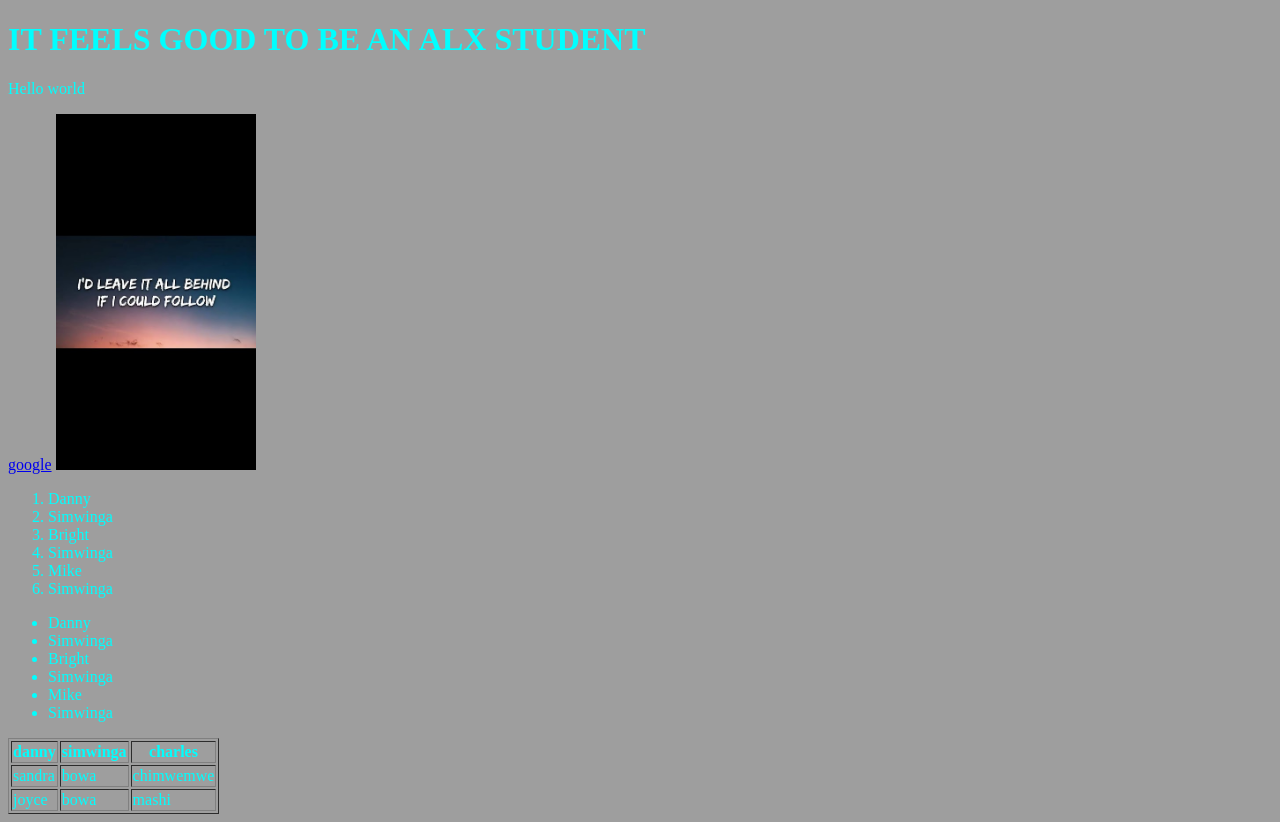
Repository: dannysimw/alx_tools_intro
Page: html/index.html
These files come from the project's save history. The page is drawn as it stood at one moment and after the next save; the edit follows.
The browser window is 1280 px wide. The pictures show the whole page.

Above is the page before, as saved 2023-07-01 23:33:13.

After the next save:
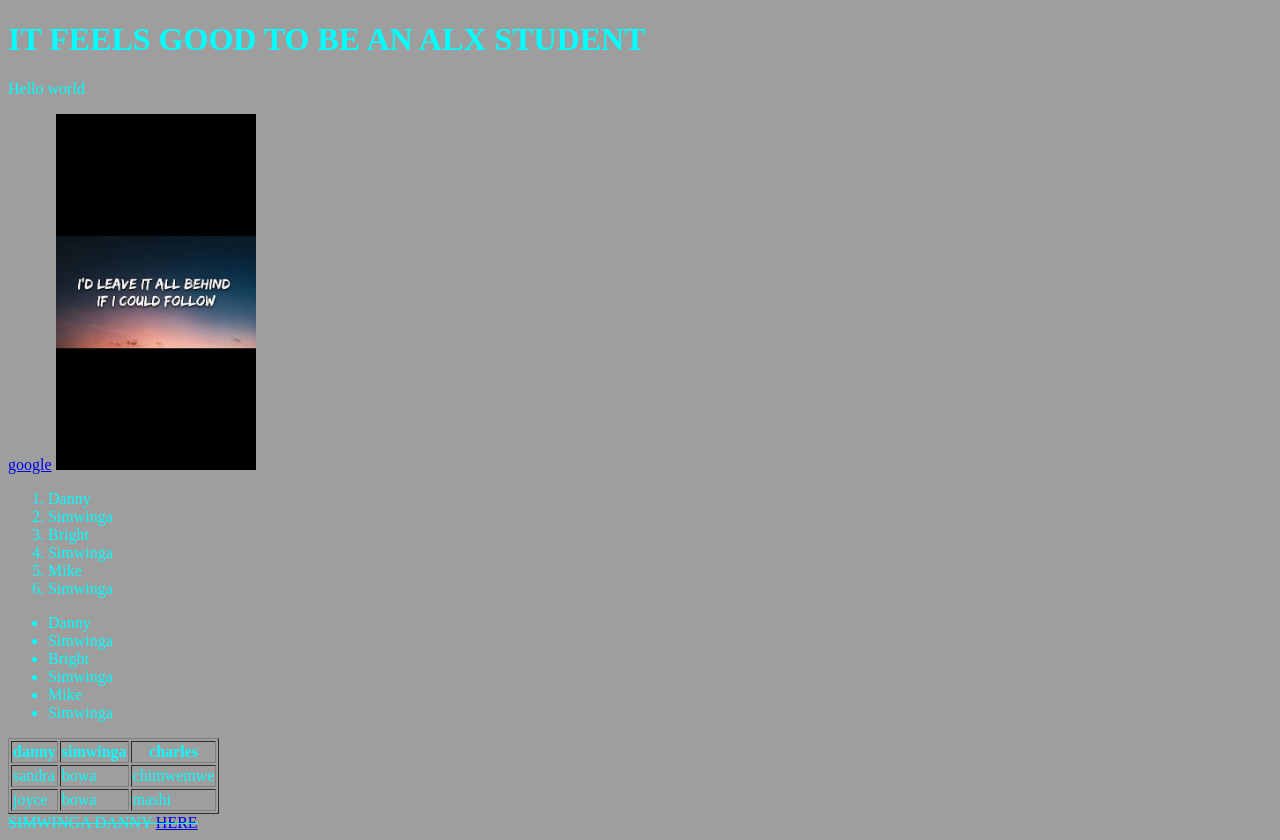
Saved 3 min 28 s later.
--- a/html/index.html
+++ b/html/index.html
@@ -44,5 +44,6 @@
             <td>mashi</td>
         </tr>
     </table>
+    <footer><STrike>SIMWINGA DANNY <a href="#">HERE</a></STrike></footer>
 </body>
 </html>
